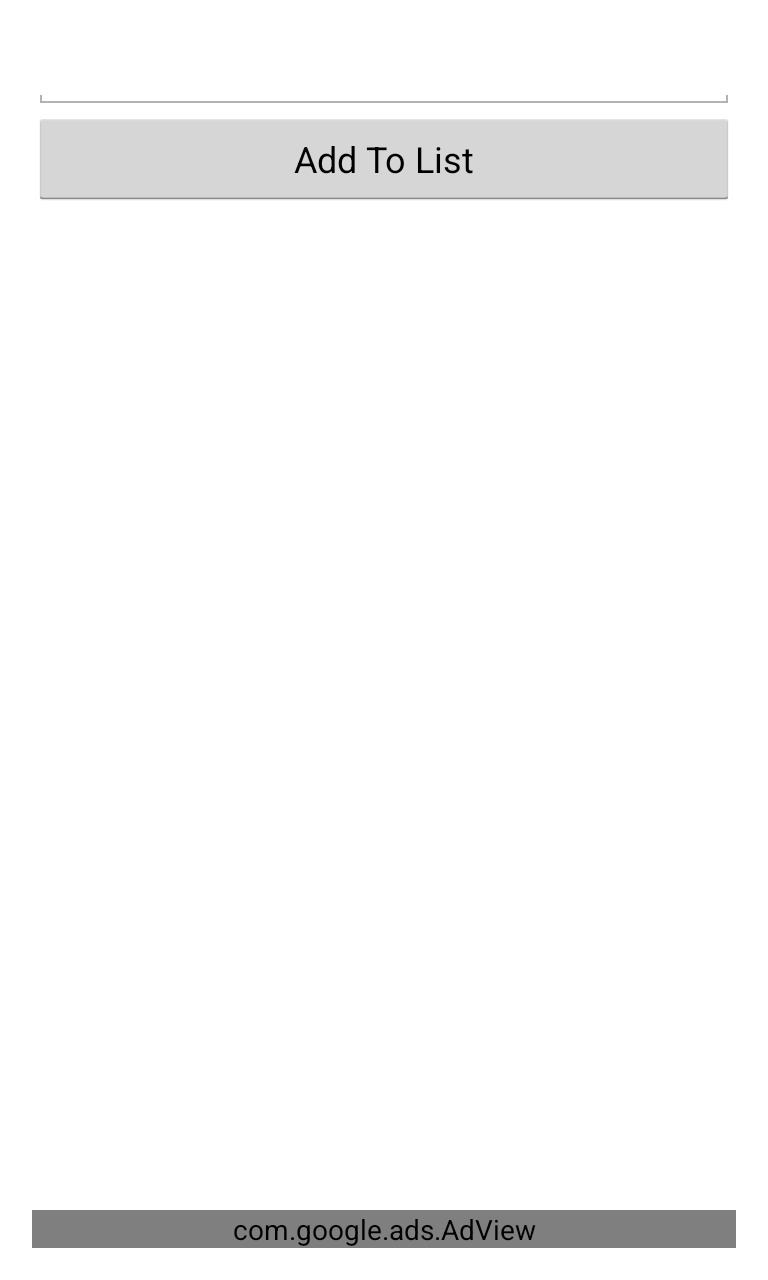
Repository: cutepig123/MyAndroidTestApps
Layout: Test3_TodoList/res/layout/activity_main.xml
An editor plug-in stored every save of this project. The layout is shown before and after the next save, followed by the edit.
Pictures or frames that could not be fetched are drawn as grey boxes. It is drawn on a 768 x 1280 px phone screen (xhdpi) without system bars, with theme AppTheme; the app's code is not run. Lists and similar views that code fills are empty.

Above is the layout before, as saved 2013-04-21 06:11:26.

After the next save:
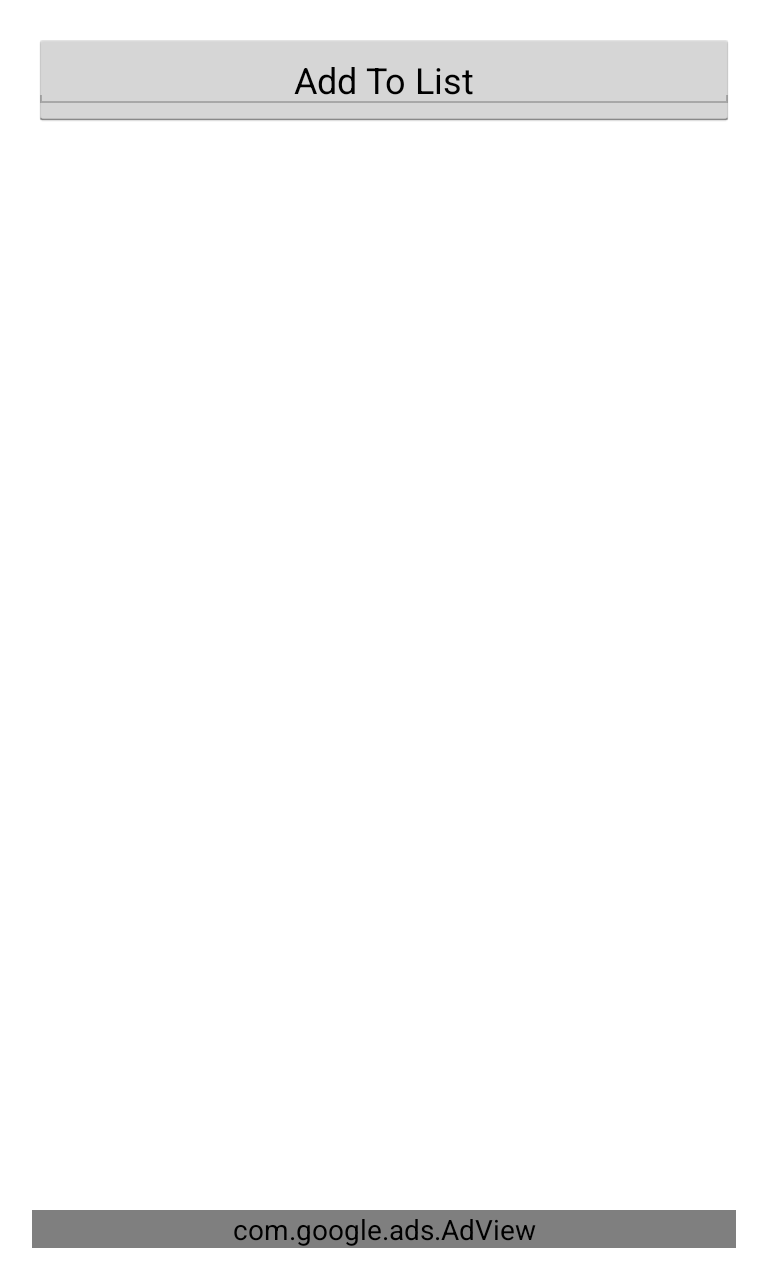
Saved 108 s later.
--- a/Test3_TodoList/res/layout/activity_main.xml
+++ b/Test3_TodoList/res/layout/activity_main.xml
@@ -11,13 +11,7 @@
 
 
 
-    <LinearLayout
-        android:id="@+id/myLayout"
-        android:layout_width="fill_parent"
-        android:layout_height="wrap_content"
-        android:layout_alignParentBottom="false"
-        android:layout_centerHorizontal="true"
-        android:orientation="vertical" >
+
 
         <EditText
             android:id="@+id/editText1"
@@ -37,7 +31,7 @@
             android:layout_height="wrap_content" >
         </ListView>
 
-    </LinearLayout>
+
 
 
     <com.google.ads.AdView

After the save that followed:
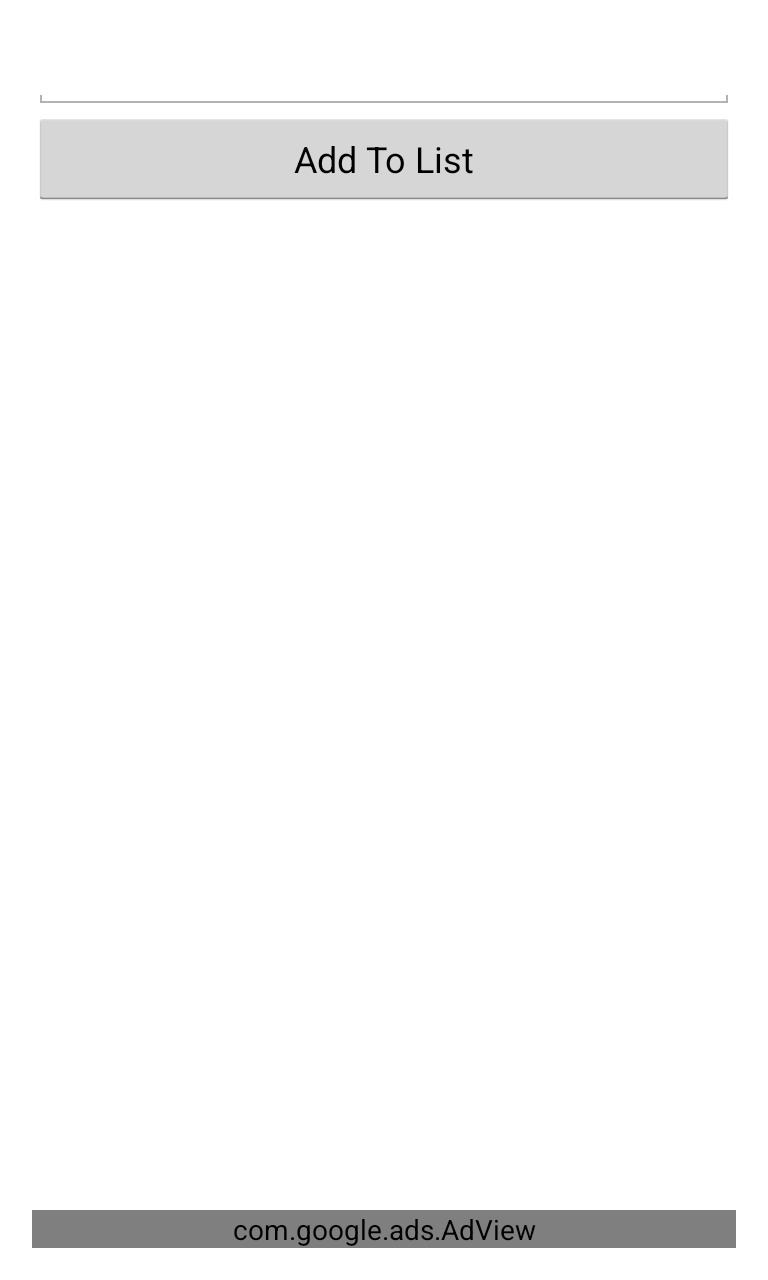
Saved 54 s later.
--- a/Test3_TodoList/res/layout/activity_main.xml
+++ b/Test3_TodoList/res/layout/activity_main.xml
@@ -11,7 +11,13 @@
 
 
 
-
+    <LinearLayout
+        android:id="@+id/myLayout"
+        android:layout_width="fill_parent"
+        android:layout_height="wrap_content"
+        android:layout_alignParentBottom="false"
+        android:layout_centerHorizontal="true"
+        android:orientation="vertical" >
 
         <EditText
             android:id="@+id/editText1"
@@ -31,7 +37,7 @@
             android:layout_height="wrap_content" >
         </ListView>
 
-
+    </LinearLayout>
 
 
     <com.google.ads.AdView
